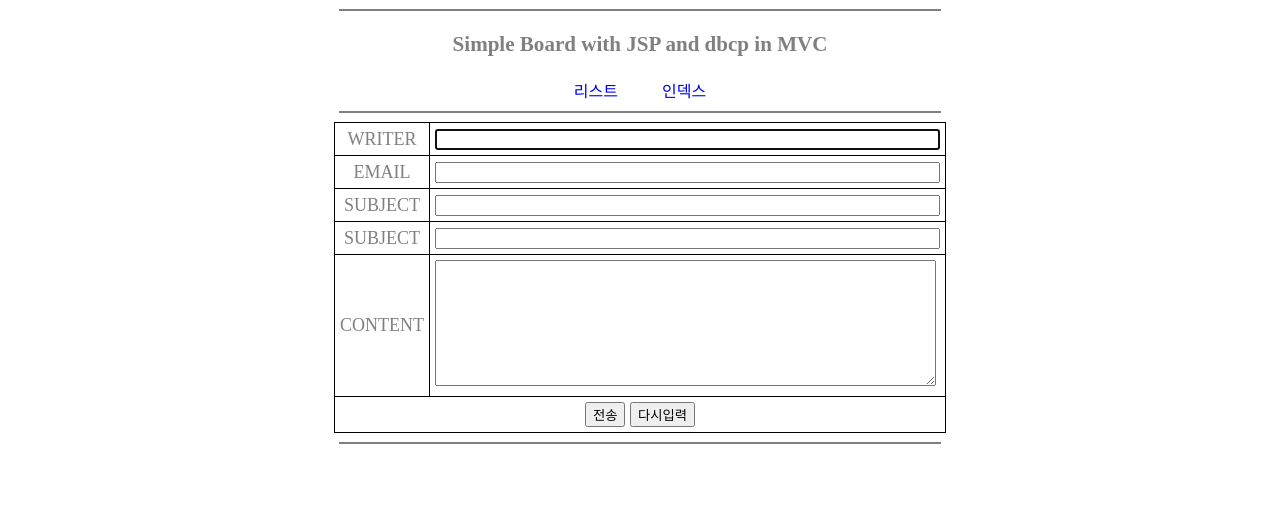
Repository: betweenhj702/Web-App-Server-Practices
Page: http://localhost/MvcPj/sm/write_jsp.jsp
These files come from the project's save history. The page is drawn as it stood at one moment and after the next save; the edit follows.
The browser window is 1280 px wide. The pictures show the whole page.
The page is served by Tomcat 9. Other server files are loaded and not shown.

Above is the page before, as saved 2021-01-06 12:59:13.

### workspace/MvcPj/WebContent/sm/write_jsp.jsp
<%@page contentType="text/html;charset=utf-8"%>
<!DOCTYPE html>
<html>
  <head>
    <meta charset="utf-8">
    <title>Simple Board with JSP and dbcp in MVC</title>
    <style>
		table, th, td {
		   border: 1px solid black;
		   border-collapse: collapse;
		}
		th, td {
		   padding: 5px;
		}
		a { text-decoration:none }
	</style>
	<script src="../js/check.js"></script>
	<script language="javascript">
	   function check()
	   {
	       for(var i=0; i<document.input.elements.length; i++)
		   {
		      var inputElem = document.input.elements[i]
			  if(inputElem.value == "")
			  {
			     alert("모든 값을 입력 하셔야 합니다. ");
				 return false;
			  }
		   }
			var writerval = input.writer.value;
			writerval = trim(writerval);
			pass = checkByteLen(writerval, 21);
			if(!pass){
				alert("이름 7자이하");
				input.writer.focus();
				return false;
			}
			var emailval = input.email.value;
			emailval = trim(emailval);
			pass = checkByteLen(emailval, 30);
			if(!pass){
				alert("이메일 10자이하");
				input.email.focus();
				return false;
			}
			var subjectval = input.subject.value;
			subjectval = trim(subjectval);
			pass = checkByteLen(subjectval, 30);
			if(!pass){
				alert("제목 10자이하");
				input.subject.focus();
				return false;
			}
			var contentval = input.content.value;
			contentval = trim(contentval);
			pass = checkByteLen(contentval, 600);
			if(!pass){
				alert("글 200자이하");
				input.writer.focus();
				return false;
			}
		   document.input.submit();
       }
	</script>
  </head>
  <body onload="input.writer.focus()">
	<font color="gray" size='4' face="휴먼편지체">
    <center>
	   <hr width="600" size='2' color="gray" noshade>
	      <h3> Simple Board with JSP and dbcp in MVC</h3>
		  	<font color="gray" size="3" face="휴먼편지체">
			<a href='sm.do'>리스트</a>
			&nbsp;&nbsp;&nbsp;&nbsp;&nbsp;&nbsp;&nbsp;&nbsp;&nbsp;
			<a href='../'>인덱스</a>
			</font>
	   <hr width="600" size="2" color="gray" noshade>
	</center>

	<form name="input" method="post" action="sm.do?m=insert">
	   <table border="0" width="600" align="center"  cellpadding="3" cellspacing="1" bordercolor="gray">
	      <tr>
		     <td width="30%" align="center">WRITER</td>
			 <td><input type="text" name="writer" size="60"></td>
		  </tr>
		  <tr>
		     <td align="center">EMAIL</td>
			 <td><input type="text" name="email" size="60"></td>
		  </tr>
          <tr>
		     <td align="center">SUBJECT</td>
			 <td><input type="text" name="subject" size="60"></td>
		  </tr>
		   <tr>
		     <td align="center">SUBJECT</td>
			 <td><input type="text" name="subject" size="60"></td>
		  </tr>
		  <tr>
		     <td align="center">CONTENT</td>
			 <td><textarea  name="content" style="width:98%" rows="8" cols="60"></textarea></td>
		  </tr>
		  <tr>
		     <td colspan="2" align="center">
			    <input type="button" value="전송" onclick="check()">
				<input type="reset" value="다시입력" onclick="input.writer.focus()">
			 </td>
		  </tr>
	   </table>
	   <hr width="600" size="2" color="gray" noshade>
	</form>
	</font>
  </body>
</html>

### workspace/MvcPj/WebContent/js/check.js
function trim(str){
	while(str && str.indexOf(" ") == 0)
		str = str.substring(1);
	while(str && str.lastIndexOf(" ") == str.length-1)
		str = str.substring(0, str.length-1);
	return str;
}
function checkByteLen(str, size){
	var byteLen = getByteLen(str);
	if(byteLen <= size){
		return true;
	}else{
		return false;
	}
}
function getByteLen(str){
	return str.replace(/[\0-\x7f]|([0-\u07ff]|(.))/g,"$&$1$2").length;
}

After the next save:
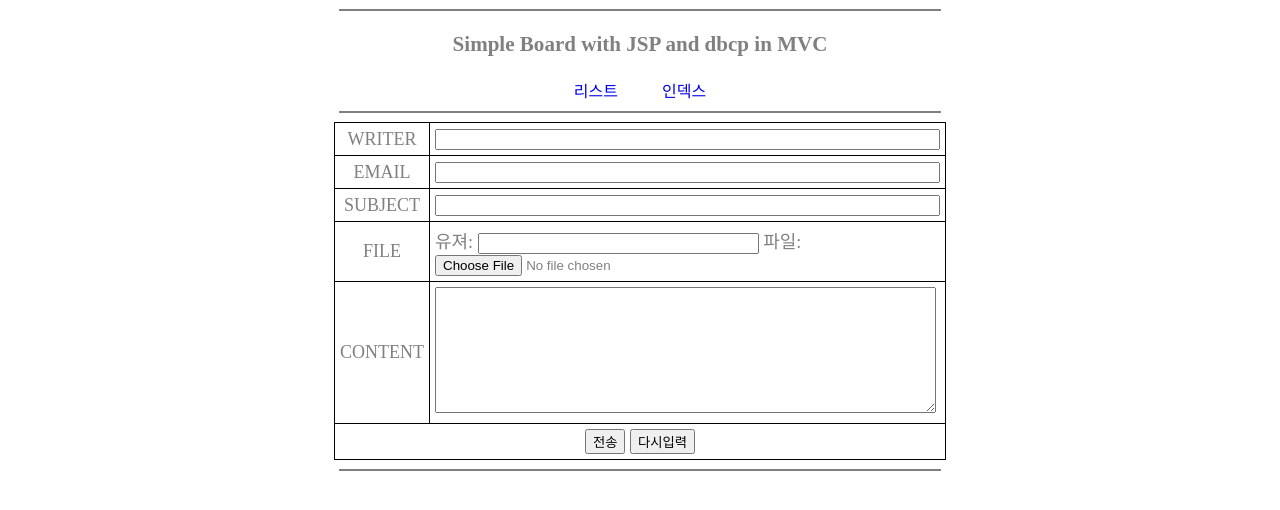
Console error: TypeError: input.writer.focus is not a function
Saved 81 s later.
--- a/workspace/MvcPj/WebContent/sm/write_jsp.jsp
+++ b/workspace/MvcPj/WebContent/sm/write_jsp.jsp
@@ -91,8 +91,8 @@
 			 <td><input type="text" name="subject" size="60"></td>
 		  </tr>
 		   <tr>
-		     <td align="center">SUBJECT</td>
-			 <td><input type="text" name="subject" size="60"></td>
+		     <td align="center">FILE</td>
+			 <td> 유져: <input type="text" name="writer" size="32"> 파일: <input type="file" name="fname"></td>
 		  </tr>
 		  <tr>
 		     <td align="center">CONTENT</td>
